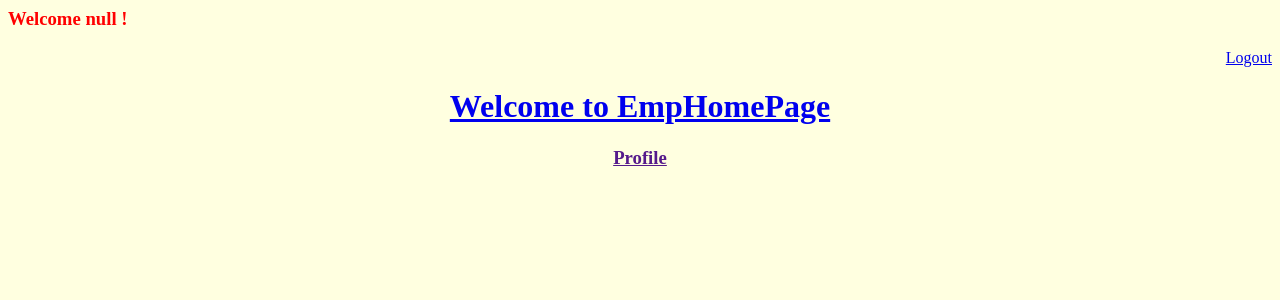
Repository: Ranjith-Kondra/FSD57_MODULE3
Page: http://localhost/EmpWebApp/EmpHomePage
An editor plug-in stored every save of this project. The page is shown before and after the next save, followed by the edit.
The browser window is 1280 px wide. The pictures show the whole page.
The page is served by Tomcat 9. The session is filled in as if someone had signed in: {"emailId": "test@example.com"}.

Above is the page before, as saved 2024-01-08 09:18:43.

After the next save:
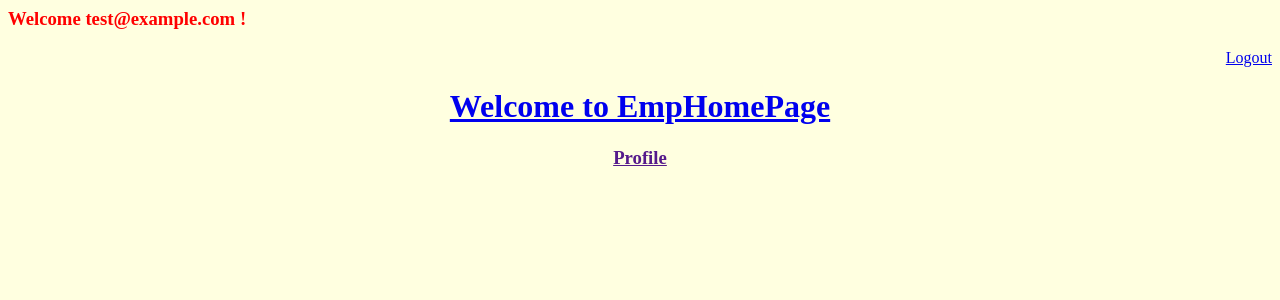
Saved 110 s later.
--- a/AdvJava/WorkSpace2/EmpWebApp/src/com/web/EmpHomePage.java
+++ b/AdvJava/WorkSpace2/EmpWebApp/src/com/web/EmpHomePage.java
@@ -8,6 +8,7 @@ import javax.servlet.annotation.WebServlet;
 import javax.servlet.http.HttpServlet;
 import javax.servlet.http.HttpServletRequest;
 import javax.servlet.http.HttpServletResponse;
+import javax.servlet.http.HttpSession;
 
 @WebServlet("/EmpHomePage")
 public class EmpHomePage extends HttpServlet {
@@ -16,7 +17,9 @@ public class EmpHomePage extends HttpServlet {
 		response.setContentType("text/html");
 		PrintWriter out = response.getWriter();
 
-		   String emailId = request.getParameter("emailId");
+		   //String emailId = request.getParameter("emailId");
+		   HttpSession session = request.getSession(false);
+		   String emailId = (String) session.getAttribute("emailId");
 
 		    out.println("</html>");
 			out.println("<body bgcolor='lightyellow' text='red'>");
